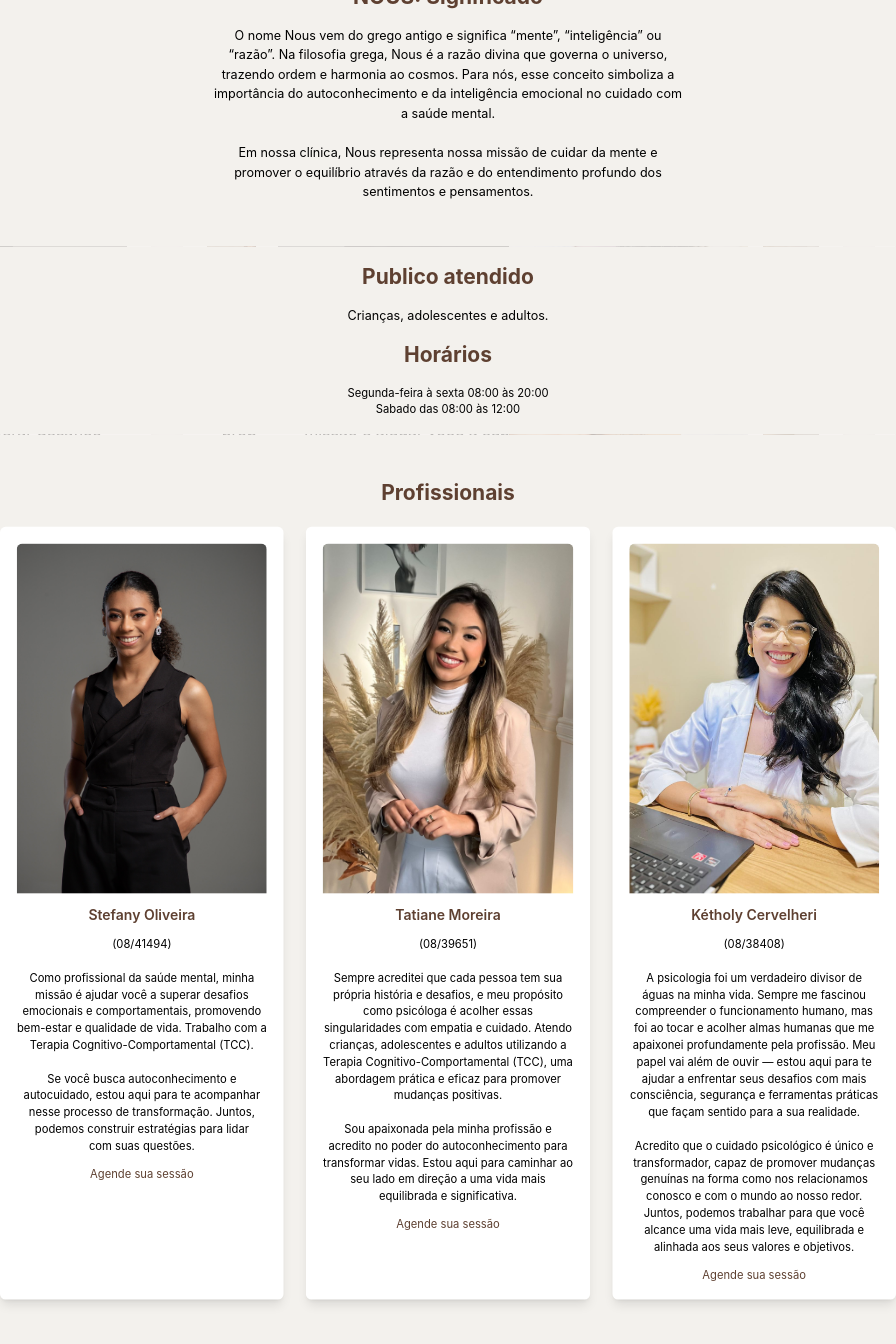
Repository: Mcervelheri/Nous
Page: /
These files come from the project's save history. The page is drawn as it stood at one moment and after the next save; the edit follows.
The browser window is 1280 px wide. The pictures show the part of the page from y = 872 to 2792 px (the page is 2792 px tall), at 70% of full size.
The project was rebuilt for these pictures with package versions that can differ from the ones it lists, and the page was loaded fresh each time. Also part of the build but not shown: vite.config.js.

Above is the page before, as saved 2025-02-19 22:56:29.

After the next save:
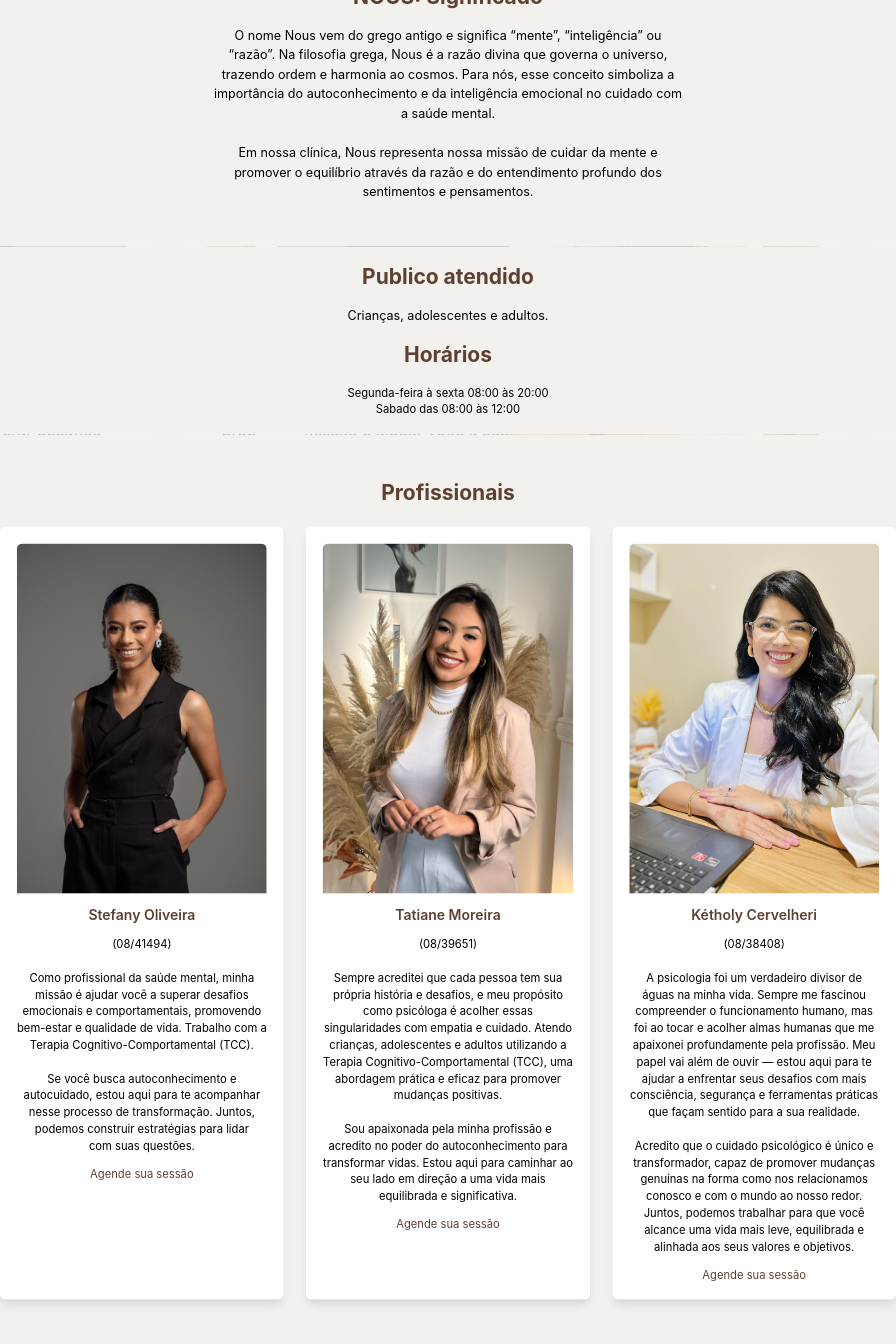
Saved 8 s later.
--- a/src/components/Professional.jsx
+++ b/src/components/Professional.jsx
@@ -7,7 +7,7 @@ const Professional = ({ img, name, crp, text1, text2 }) => {
         <img
           src={img}
           alt={name}
-          className="w-full img_meninas object-cover object-center rounded-t-lg"
+          className="w-full img_meninas object-cover object-top rounded-t-lg"
         />
       </div>
       <h3 className="text-xl font-semibold my-4 text-[#5e4031]">{name}</h3>
